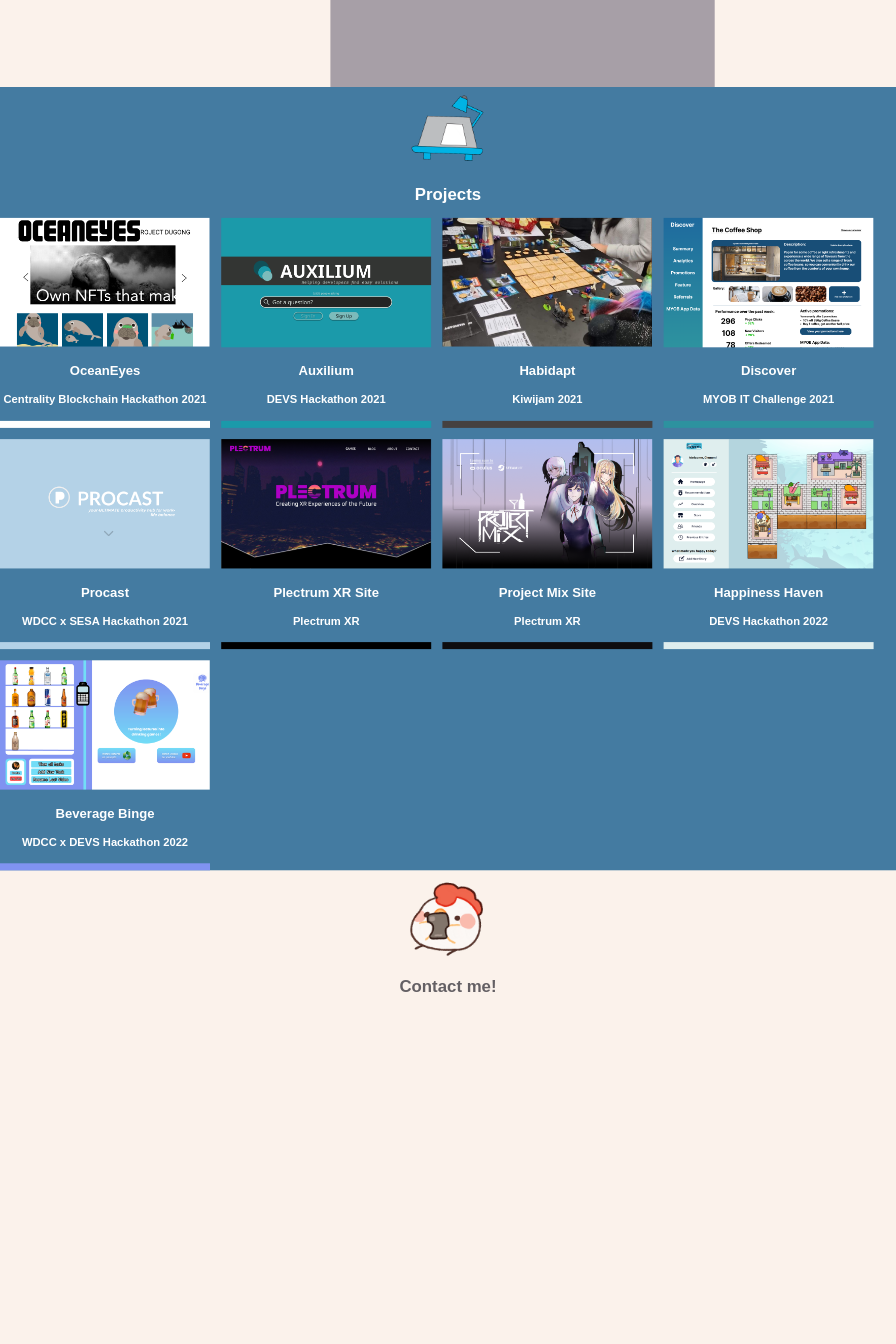
Repository: lukisoo/lukisoo-portfolio
Page: /
These files come from the project's save history. The page is drawn as it stood at one moment and after a run of saves; the edit follows.
The browser window is 1280 px wide. The pictures show the part of the page from y = 1315 to 3235 px (the page is 3279 px tall before and 3223 px after), at 70% of full size.
The project was rebuilt for these pictures with package versions that can differ from the ones it lists, and the page was loaded fresh each time.

Above is the page before, as saved 2022-07-31 17:54:00.

### public/index.html
<!DOCTYPE html>
<html lang="en">
  <head>
    <meta charset="utf-8" />
    <link rel="icon" href="%PUBLIC_URL%/favicon.ico" />
    <meta name="viewport" content="width=device-width, initial-scale=1" />
    <meta name="theme-color" content="#000000" />
    <meta
      name="description"
      content="Web site created using create-react-app"
    />
    <link rel="apple-touch-icon" href="%PUBLIC_URL%/logo192.png" />
    <!--
      manifest.json provides metadata used when your web app is installed on a
      user's mobile device or desktop. See https://developers.google.com/web/fundamentals/web-app-manifest/
    -->
    <link rel="manifest" href="%PUBLIC_URL%/manifest.json" />
    <!--
      Notice the use of %PUBLIC_URL% in the tags above.
      It will be replaced with the URL of the `public` folder during the build.
      Only files inside the `public` folder can be referenced from the HTML.

      Unlike "/favicon.ico" or "favicon.ico", "%PUBLIC_URL%/favicon.ico" will
      work correctly both with client-side routing and a non-root public URL.
      Learn how to configure a non-root public URL by running `npm run build`.
    -->
    <title>Lucy Zhu's Portfolio</title>
  </head>
  <body>
    <noscript>You need to enable JavaScript to run this app.</noscript>
    <div id="root"></div>
    <!--
      This HTML file is a template.
      If you open it directly in the browser, you will see an empty page.

      You can add webfonts, meta tags, or analytics to this file.
      The build step will place the bundled scripts into the <body> tag.

      To begin the development, run `npm start` or `yarn start`.
      To create a production bundle, use `npm run build` or `yarn build`.
    -->
  </body>
</html>

### src/index.js
import React from "react";
import {
  BrowserRouter as Router,
  Route,
  BrowserRouter,
} from "react-router-dom";
import ReactDOM from "react-dom/client";
import "./index.css";
import App from "./App";
import reportWebVitals from "./reportWebVitals";

const root = ReactDOM.createRoot(document.getElementById("root"));
root.render(
  <React.StrictMode>
    <BrowserRouter>
        <App />
    </BrowserRouter>
  </React.StrictMode>
);

// If you want to start measuring performance in your app, pass a function
// to log results (for example: reportWebVitals(console.log))
// or send to an analytics endpoint. Learn more: https://bit.ly/CRA-vitals
reportWebVitals();

### src/index.css
@import url('https://fonts.googleapis.com/css2?family=Source+Sans+Pro:ital,wght@0,200;0,300;0,400;0,600;0,700;0,900;1,200;1,300;1,400;1,600;1,700;1,900&display=swap');

body {
  margin: 0;
  /* font-family: -apple-system, BlinkMacSystemFont, 'Segoe UI', 'Roboto', 'Oxygen',
    'Ubuntu', 'Cantarell', 'Fira Sans', 'Droid Sans', 'Helvetica Neue',
    sans-serif; */
    font-family: arial;
  -webkit-font-smoothing: antialiased;
  -moz-osx-font-smoothing: grayscale;
  background-color: #447BA1;
  color: white;
  /* font-family: 'Source Sans Pro', sans-serif; */
  overflow-x: hidden;
  scroll-behavior: smooth;
}

code {
  font-family: source-code-pro, Menlo, Monaco, Consolas, 'Courier New',
    monospace;
}

a {
  text-decoration: none;
}

### src/App.js
import "./App.css";

import { Link } from "react-router-dom";
import { Tooltip, Grid } from "@mui/material";
import { motion } from "framer-motion";

import ProjectsData from "./data/projectsData";

import ProfilePhoto from "./images/header/profile-photo.png";
import LinkedinLogo from "./images/header/linkedin-logo.png";
import GithubLogo from "./images/header/github-logo.png";
import ExperienceLogo from "./images/about-me/experience.png";
import AchievementsLogo from "./images/about-me/achievements.png";

import Laptop from "./images/about-me/laptop.gif";
import Tools from "./images/about-me/tools.gif";
import Projects from "./images/projects-section/projects.gif";
import Contact from "./images/contact/contact.gif";

function App() {
  return (
    <div className="App">
      <header className="full-section">
        <div className="header-image">
          <img
            src={ProfilePhoto}
            className="profile-photo"
            alt="Profile Photo"
          />
        </div>

        <div className="header-content">
          <Grid container spacing={3}>
            <Grid item xs={12} md={12}>
              <motion.div
                viewport={{ once: true }}
                transition={{ duration: 1 }}
                whileInView={{ y: ["-2000px", "0px", "-50px", "0px"] }}
              >
                <h2>Hey there, I'm Lucy Zhu.</h2>
              </motion.div>
            </Grid>
            <Grid item xs={12} md={12}>
              <Tooltip title="LinkedIn">
                <a href="https://www.linkedin.com/in/lucyzhu613/">
                  <img
                    src={LinkedinLogo}
                    className="social-logo"
                    alt="Linkedin Logo"
                  />
                </a>
              </Tooltip>
              <Tooltip title="Github">
                <a href="https://github.com/lukisoo">
                  <img
                    src={GithubLogo}
                    className="social-logo"
                    alt="Github Logo"
                  />
                </a>
              </Tooltip>
            </Grid>
            <Grid item xs={12} md={12}>
              <hr className="header-divider" />
            </Grid>
            <Grid item xs={12} md={4}>
              <a href="#about-me-section">
                <div className="box-1">
                  <div className="btn btn-one">
                    <span>ABOUT ME</span>
                  </div>
                </div>
              </a>
            </Grid>
            <Grid item xs={12} md={4}>
              <a href="#projects-section">
                <div className="box-1">
                  <div className="btn btn-one">
                    <span>PROJECTS</span>
                  </div>
                </div>
              </a>
            </Grid>
            <Grid item xs={12} md={4}>
              <a href="#contact-section">
                <div className="box-1">
                  <div className="btn btn-one">
                    <span>CONTACT</span>
                  </div>
                </div>
              </a>
            </Grid>
          </Grid>
        </div>
      </header>

      <section id="about-me-section" className="full-section">
        <motion.div
          viewport={{ once: true }}
          transition={{ duration: 1 }}
          whileInView={{ y: ["-2000px", "0px", "-50px", "-25px"] }}
        ></motion.div>
        <div className="about-me-content">
          <Grid container spacing={0}>
            <Grid item xs={12} md={4}>
              <div className="about-me-left">
                {" "}
                <div className="details-content">
                  {" "}
                  <motion.div
                    viewport={{ once: true }}
                    transition={{ duration: 1 }}
                    whileInView={{ y: ["-200px", "0px", "-50px", "0px"] }}
                  >
                    <h1>About me!</h1>
                    <img
                      src={ProfilePhoto}
                      className="profile-photo"
                      alt="Profile Photo"
                    />
                    <p>Conjoint Engineering (honours) & Commerce at UoA</p>
                    <p>Software Engineering | Finance | Accounting</p>
                    <hr />
                    <p>
                      <br />
                      Currently, most of my work is in frontend or full-stack
                      development.
                      <br />
                      <br />
                    </p>
                    <hr />
                    <h3>Find out more:</h3>
                    <div className="about-me-logo-section">
                      <Tooltip title="Experience">
                        <img
                          src={ExperienceLogo}
                          className="about-me-logo"
                          alt="Experience Logo"
                        />
                      </Tooltip>
                      <Tooltip title="Achievements">
                        <img
                          src={AchievementsLogo}
                          className="about-me-logo"
                          alt="Achievements Logo"
                        />
                      </Tooltip>
                    </div>{" "}
                  </motion.div>
                </div>
              </div>
            </Grid>
            <Grid item xs={12} md={8}>
              <div className="about-me-right">
                <div className="skills-content">
                  <motion.div
                    viewport={{ once: true }}
                    transition={{ duration: 1 }}
                    whileInView={{ y: ["-200px", "0px", "-50px", "0px"] }}
                  >
                    <img src={Laptop} className="laptop-gif" alt="Laptop" />
                    <h2>Technologies</h2>
                    <p>React | Next.js | HTML | Javascript | CSS</p>
                    <p>
                      Bootstrap | Material UI | Tailwind CSS | Chakra UI | Ant
                      Design
                    </p>
                    <p>Node.js | Express.js | MySQL | MongoDB</p>
                    <p>Python | Java</p>
                    <br />{" "}
                  </motion.div>{" "}
                  <motion.div
                    viewport={{ once: true }}
                    transition={{ duration: 1 }}
                    whileInView={{ y: ["-200px", "0px", "-50px", "0px"] }}
                  >
                    <img src={Tools} className="tools-gif" alt="Tools" />
                    <h2>Other skills / tools</h2>
                    <p>
                      UI / UX Design | Traditional / Digital Art | Graphic
                      Design | Responsive Design
                    </p>
                    <p>
                      Figma | Miro | Jira | Asana | Notion | Procreate | GIMP |
                      LaTeX
                    </p>{" "}
                  </motion.div>
                </div>
              </div>
            </Grid>
          </Grid>
        </div>
      </section>

      <section id="projects-section" className="full-section-projects">
        <div>
          <img src={Projects} className="projects-gif" alt="Projects" />
          <h1>Projects</h1>
          <Grid container spacing={2}>
            {ProjectsData.map((Project, i) => (
              <Grid item xs={6} md={4}>
                <div className="project-box">
                  <img
                    src={Project.header}
                    className="project-header-image"
                    alt={Project.title}
                  />
                  <h3>{Project.title}</h3>
                  <h4>{Project.affiliation}</h4>
                  <div
                    className="project-bottom-bar"
                    style={{ backgroundColor: Project.color }}
                  ></div>
                </div>
              </Grid>
            ))}
          </Grid>
        </div>
      </section>

      <section id="contact-section" className="full-section">
        <div className="contact-content">
          <img
            src={Contact}
            className="contact-gif"
            alt="Paper Plane - Contact"
          />
          <h1>Contact me!</h1>
          <Grid container spacing={2}>
            <Grid item xs={6} md={8}></Grid>
            <Grid item xs={6} md={4}></Grid>
            <Grid item xs={6} md={4}></Grid>
            <Grid item xs={6} md={8}></Grid>
          </Grid>
        </div>
      </section>
    </div>
  );
}

export default App;

### src/App.css
.App {
  text-align: center;
  margin: 0;
}

/* Section Content */
.full-section {
  height: 100vh;
  width: 100vw;
}

.full-section-projects {
  width: 100vw;
  height: auto;
}

/* Buttons */
.box-1 {
  /* background-color: hsl(0, 100%, 70%);  */
  width: 250px;
  margin: auto;
}

.btn {
  line-height: 50px;
  height: 50px;
  text-align: center;
  width: 250px;
  cursor: pointer;
}

.btn-one {
  color: #fff;
  transition: all 0.3s;
  position: relative;
}
.btn-one span {
  transition: all 0.3s;
}
.btn-one::before {
  content: "";
  position: absolute;
  bottom: 0;
  left: 0;
  width: 100%;
  height: 100%;
  z-index: 1;
  opacity: 0;
  transition: all 0.3s;
  border-top-width: 1px;
  border-bottom-width: 1px;
  border-top-style: solid;
  border-bottom-style: solid;
  border-top-color: rgba(255, 255, 255, 0.5);
  border-bottom-color: rgba(255, 255, 255, 0.5);
  transform: scale(0.1, 1);
}
.btn-one:hover span {
  letter-spacing: 2px;
}
.btn-one:hover::before {
  opacity: 1;
  transform: scale(1, 1);
}
.btn-one::after {
  content: "";
  position: absolute;
  bottom: 0;
  left: 0;
  width: 100%;
  height: 100%;
  z-index: 1;
  transition: all 0.3s;
  background-color: rgba(255, 255, 255, 0.1);
}
.btn-one:hover::after {
  opacity: 0;
  transform: scale(0.1, 1);
}

/* Header CSS */
.header-content {
  width: 60vw;
  height: 70vh;
  margin: 0 auto 0 auto;
  margin-top: 2vh;
  /* background-color: red; */
}

.header-divider {
  color: white;
  border-width: 2px;
}

.header-image {
  background: linear-gradient(180deg, #fbf2eb 50%, #ffffff00 50%);
  border-top: 13vh solid #fbf2eb;
  width: 100vw;
  height: auto;
}

.profile-photo {
  width: 10vw;
  height: auto;
}

.social-logo {
  width: 40px;
  height: auto;
  padding: 0 1% 0 1%;
}

.social-logo:hover {
  opacity: 0.8;
  cursor: pointer;
}

/* About Me CSS */
#about-me-section {
  background-color: #fbf2eb;
}

.about-me-content {
  height: 100vh;
  width: 100vw;
}

.about-me-logo-section {
  /* height: 100px; */
}

.about-me-logo {
  width: 50px;
  margin: 5% 3% 0 3%;
  padding: 1%;
}

.about-me-logo:hover {
  border-radius: 15px;
  /* border: 1px solid #A79FA7; */
  opacity: 0.8;
  cursor: pointer;
}

.about-me-left {
}

.details-content {
  padding: 8% 8% 8% 8%;
  color: #646064;
}

.about-me-right {
  background-color: #a79fa7;
  height: 100vh;
}

.skills-content {
  padding: 5% 0 5% 0;
}

.laptop-gif {
  width: 8vw;
}

.tools-gif {
  width: 6vw;
}

/* Projects CSS */
.projects-gif {
  width: 9vw;
}

.project-box {
  width: 300px;
  margin-right: 0;
}

.project-bottom-bar {
  height: 10px;
  width: 100%;
}

.project-header-image {
  width: 100%;
}

/* Contact CSS */

#contact-section {
  background-color: #fbf2eb;
}

.contact-content {
  color: #646064;
}

.contact-gif {
  width: 10vw;
}

### src/data/projectsData.js
import OceanEyes from "../images/projects-section/header-images/oceaneyes.png";
import Auxilium from "../images/projects-section/header-images/auxilium.png";
import Habidapt from "../images/projects-section/header-images/habidapt.png";
import Discover from "../images/projects-section/header-images/discover.png";
import Procast from "../images/projects-section/header-images/procast.png";
import PlectrumSite from "../images/projects-section/header-images/plectrum-site.png";
import ProjectMixSite from "../images/projects-section/header-images/project-mix-site.png";
import HappinessHaven from "../images/projects-section/header-images/happiness-haven.png";
import BeverageBinge from "../images/projects-section/header-images/beverage-binge.png";

const projectsData = [
  {
    id: 0,
    title: "OceanEyes",
    header: OceanEyes,
    affiliation: "Centrality Blockchain Hackathon 2021",
    description:
      "OceanEyes is a project created for the 2021 CENNZ Blockchain Hackathon. An ocean health and biodiversity project which aims to ensure the transparency and credibility of fisheries and conservations by using NFT and blockchain during issuance of certifications and charity efforts.",
    color: "#FFFFFF",
  },
  {
    id: 1,
    title: "Auxilium",
    header: Auxilium,
    affiliation: "DEVS Hackathon 2021",
    description:
      "Auxilium is a project created for the 2021 DEVS Hackathon (themed 'Devs for Devs') that secured our group 3rd place. The lack of a beginner-friendly community is a real issue, so we created one ourselves. This web app includes a Q&A, groups, achievements, and challenges, alongside many other features that allow beginner developers to help each other, connect with one another, and encourage them to gain more skills and opportunities.",
    color: "#1B9AAA",
  },
  {
    id: 2,
    title: "Habidapt",
    header: Habidapt,
    affiliation: "Kiwijam 2021",
    description:
      "Created a board game, 'Habidapt', for the 2021 KiwiJam, which was themed 'adapt'. Habidapt involved strategically transformaing into different animals to enter different terrains to gain the most tokens possible. We illustrated our designs, laser cut the board and tokens, 3d printed our animal game pieces, and spent a very long time figuring out game logic.",
    color: "#454140",
  },
  {
    id: 3,
    title: "Discover",
    header: Discover,
    affiliation: "MYOB IT Challenge 2021",
    description:
      "'Discover' is a web app created for the 2021 MYOB IT Challenge, which had a theme that invovled helping small NZ and Australian Businesses. It is very difficult and costly for small businesses to get the exposure they deserve, so our platform aims to increase their exposure to a wider audience. Businesses can register themselves onto the platform and showcase their products or services, view analytics, and provide discounts. Customers will be able to view this and refer their friends.",
    color: "#2D929F",
  },
  {
    id: 4,
    title: "Procast",
    header: Procast,
    affiliation: "WDCC x SESA Hackathon 2021",
    description:
      "An interesting web app which promotes a healthy 'work life balance' for the 2021 WDCC x SESA Hackathon themed 'pro-procrastination'. Basically a productivity tool that distracts you while you do work, and justifies that it's trying to help you keep that work life balance by taking breaks, showing you videos and events near you, and encouraging you to have fun with friends and family instead.",
    color: "#B4D2E7",
  },
  {
    id: 5,
    title: "Plectrum XR Site",
    header: PlectrumSite,
    affiliation: "Plectrum XR",
    description: "...",
    color: "#000000",
  },
  {
    id: 6,
    title: "Project Mix Site",
    header: ProjectMixSite,
    affiliation: "Plectrum XR",
    description: "...",
    color: "#0E0D0F",
  },
  {
    id: 7,
    title: "Happiness Haven",
    header: HappinessHaven,
    affiliation: "DEVS Hackathon 2022",
    description: "...",
    color: "#DFEEEE",
  },
  {
    id: 8,
    title: "Beverage Binge",
    header: BeverageBinge,
    affiliation: "WDCC x DEVS Hackathon 2022",
    description: "...",
    color: "#8093F1",
  },
];

export default projectsData;

Loaded but not shown: src/reportWebVitals.js (common file)

After the next 2 saves:
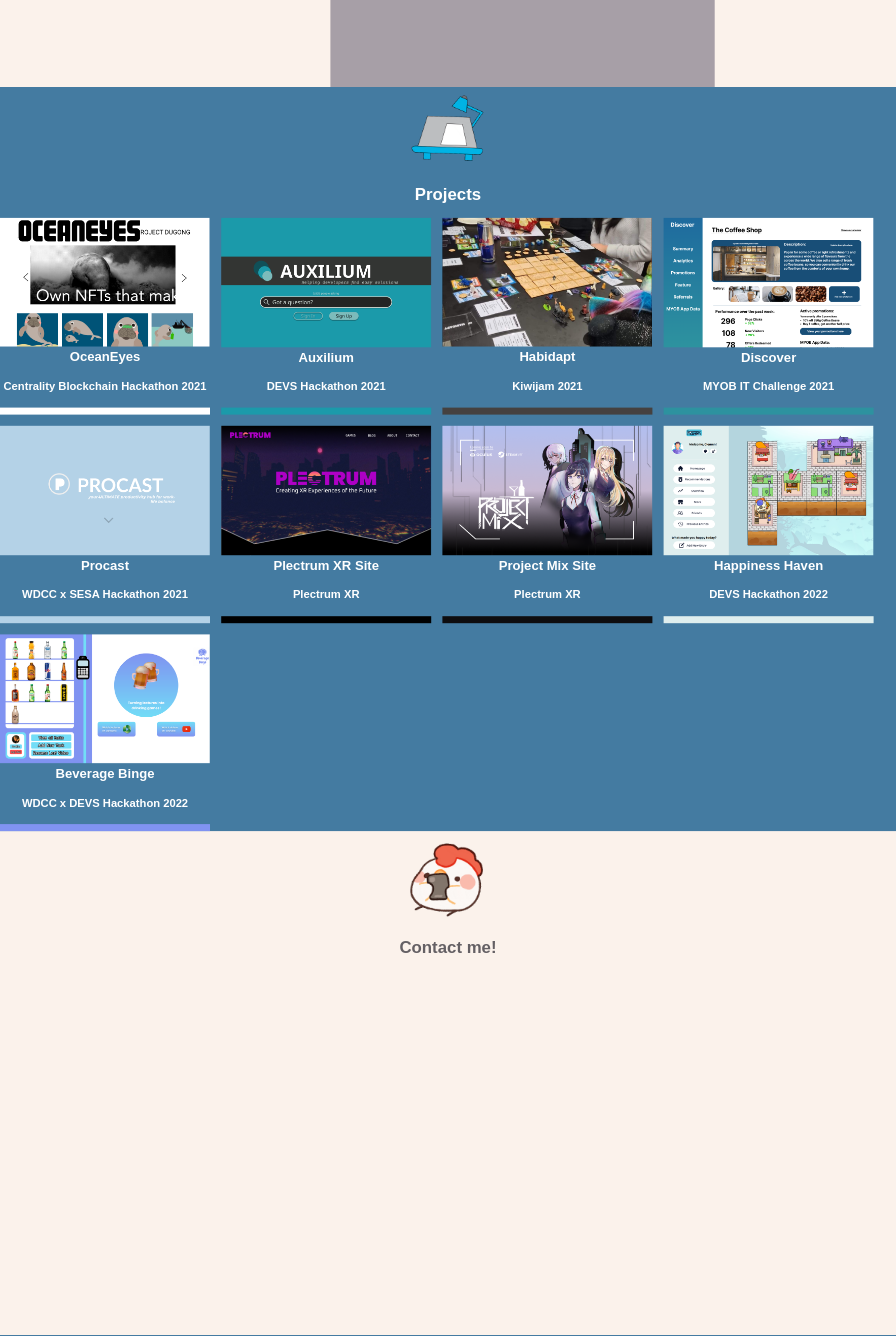
The 2 saves are shown as one change because they came seconds apart.
The last was saved 32 s later.
--- a/src/App.css
+++ b/src/App.css
@@ -177,6 +177,11 @@
   margin-right: 0;
 }
 
+.project-box h3 {
+  margin-top: 0;
+  margin-bottom: 0;
+}
+
 .project-bottom-bar {
   height: 10px;
   width: 100%;
